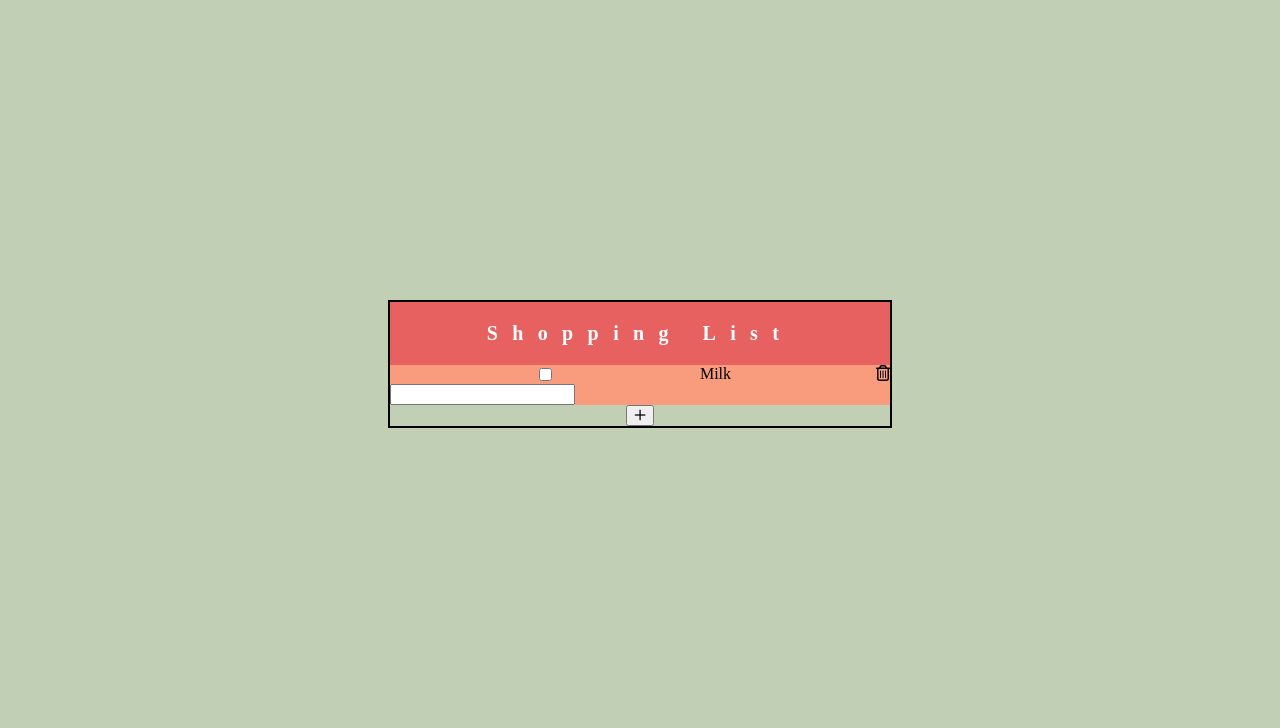
Repository: sephinejo/shopping-list-app
Page: index.html
These files come from the project's save history. The page is drawn as it stood at one moment and after a run of saves; the edit follows.
The browser window is 1280 px wide. The pictures show the whole page.
Some web fonts or font styles are not loaded; a fallback is used. Some web libraries are served in a nearby version.

Above is the page before, as saved 2023-05-11 22:21:49.

### index.html
<!DOCTYPE html>
<html lang="en">
  <head>
    <meta charset="UTF-8" />
    <meta http-equiv="X-UA-Compatible" content="IE=edge" />
    <meta name="viewport" content="width=device-width, initial-scale=1.0" />
    <title>Shopping List 🛍️🛒</title>
    <link rel="preconnect" href="https://fonts.googleapis.com" />
    <link rel="preconnect" href="https://fonts.gstatic.com" crossorigin />
    <link rel="preconnect" href="https://fonts.googleapis.com" />
    <link rel="preconnect" href="https://fonts.gstatic.com" crossorigin />
    <link rel="preconnect" href="https://fonts.googleapis.com" />
    <link rel="preconnect" href="https://fonts.gstatic.com" crossorigin />
    <link rel="preconnect" href="https://fonts.googleapis.com" />
    <link rel="preconnect" href="https://fonts.gstatic.com" crossorigin />
    <link
      href="https://fonts.googleapis.com/css2?family=Alice&family=Open+Sans:wght@300;400;700;800&family=Raleway:wght@400;600;700;800&family=Roboto+Mono:wght@300;400;500;700&family=Roboto:wght@400;500&family=Ubuntu:wght@400;700&display=swap"
      rel="stylesheet"
    />
    <script
      src="https://kit.fontawesome.com/9ac80604cb.js"
      crossorigin="anonymous"
    ></script>
    <link rel="stylesheet" href="style.css" />
    <script src="main.js" defer></script>
  </head>
  <body>
    <div class="container">
      <header>
        <p class="title">Shopping List</p>
      </header>
      <main>
        <ul class="items">
          <li class="item">
            <div class="item__title"></div>
            <input class="checkbox" type="checkbox" />
            <label for="item__name">Milk</label>
            <div class="item__delete">
              <i class="fa-regular fa-trash-can"></i>
            </div>
          </li>
        </ul>
        <div class="input">
          <input type="text" />
        </div>
      </main>
      <footer>
        <button class="add">
          <i class="fa-regular fa-plus"></i>
        </button>
      </footer>
    </div>
  </body>
</html>

### style.css
body {
  margin: 0 auto;
  background-color: #c1d0b5;
}

.container {
  margin: 300px auto;
  width: 500px;
  border: 2px solid black;
  display: flex;
  flex-direction: column;
  align-items: center;
}

header {
  width: 100%;
  text-align: center;
  font-family: 'Alice';
  color: white;
  letter-spacing: 0.9rem;
  font-weight: 700;
  font-size: 20px;
  background-color: #e76161;
}

main {
  background-color: #f99b7d;
  width: 100%;
}

ul {
  margin: 0;
  padding: 0;
}

li {
  list-style: none;
  display: flex;
  justify-content: space-between;
}

.input {
}

Loaded but not shown: main.js (no copy from this time; the picture is the same without it)

After the next 2 saves:
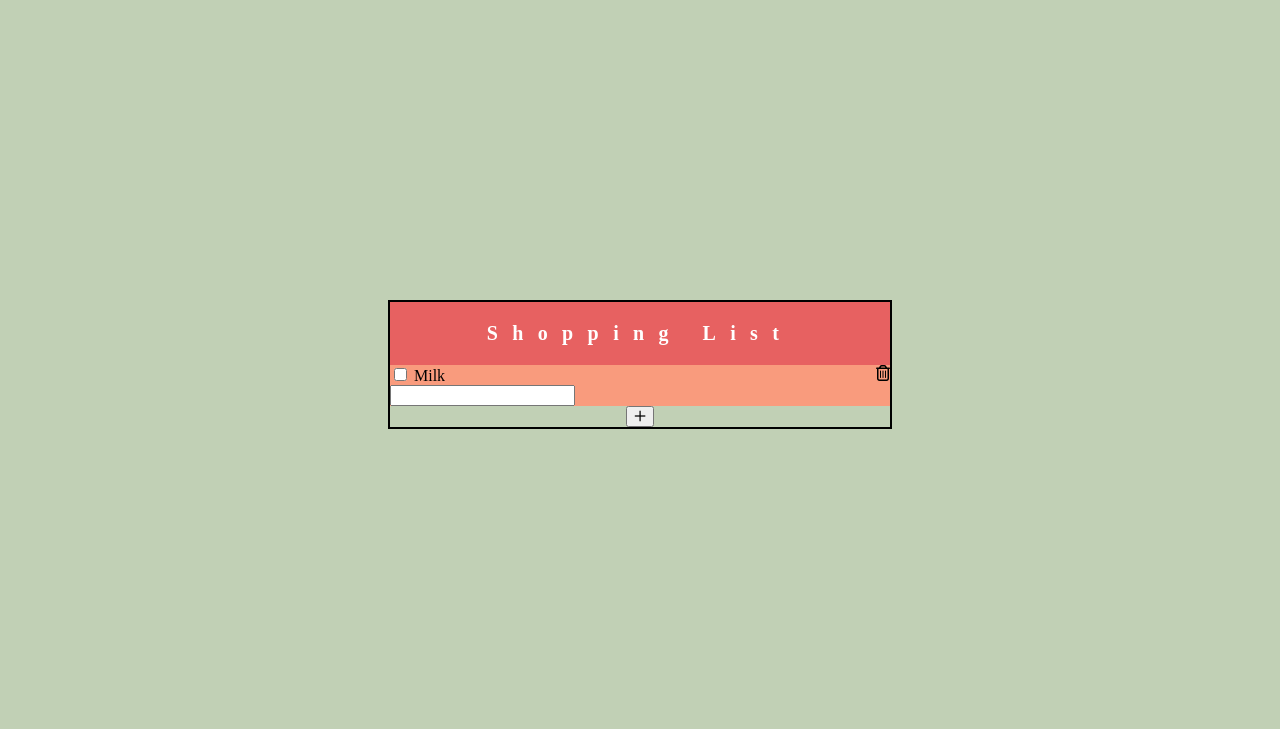
The 2 saves are shown as one change because they came seconds apart.
The last was saved 28 s later.
--- a/index.html
+++ b/index.html
@@ -32,9 +32,10 @@
       <main>
         <ul class="items">
           <li class="item">
-            <div class="item__title"></div>
-            <input class="checkbox" type="checkbox" />
-            <label for="item__name">Milk</label>
+            <div class="item__title">
+              <input class="checkbox" type="checkbox" />
+              <label for="item__name">Milk</label>
+            </div>
             <div class="item__delete">
               <i class="fa-regular fa-trash-can"></i>
             </div>
